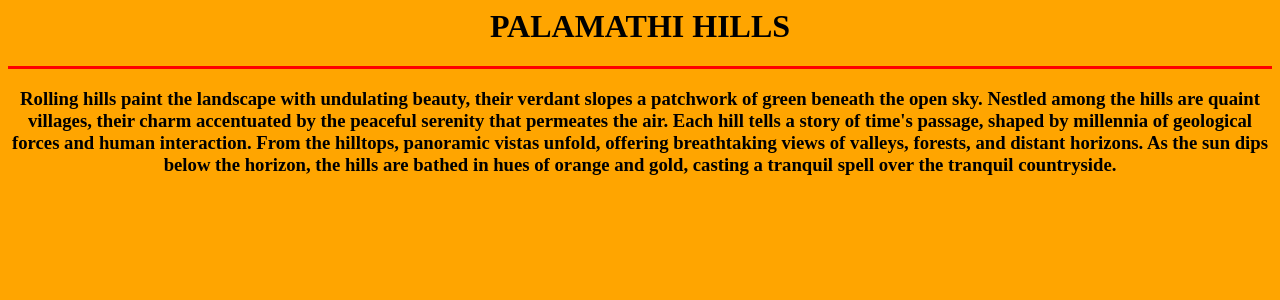
Repository: Oviya24032K6/NearMe
Page: ovi/surveyapp/static/PALAMATHI HILLS.html
An editor plug-in stored every save of this project. The page is shown before and after the next save, followed by the edit.
The browser window is 1280 px wide. The pictures show the whole page.

Above is the page before, as saved 2024-03-25 23:19:27.

### ovi/surveyapp/static/PALAMATHI HILLS.html
<html>
	<head>
		<title>
            PALAMATHI HILLS
        </title>
	</head>
	<body bgcolor="orange">
		<h1 align="center" >PALAMATHI HILLS</h1>
        <hr size="3" color="red">
        <h3 align="center">Rolling hills paint the landscape with undulating beauty, their verdant slopes a patchwork of green beneath the open sky.
            Nestled among the hills are quaint villages, their charm accentuated by the peaceful serenity that permeates the air.
            Each hill tells a story of time's passage, shaped by millennia of geological forces and human interaction.
            From the hilltops, panoramic vistas unfold, offering breathtaking views of valleys, forests, and distant horizons.
            As the sun dips below the horizon, the hills are bathed in hues of orange and gold, casting a tranquil spell over the tranquil countryside.






	</body>
</html>

After the next save:
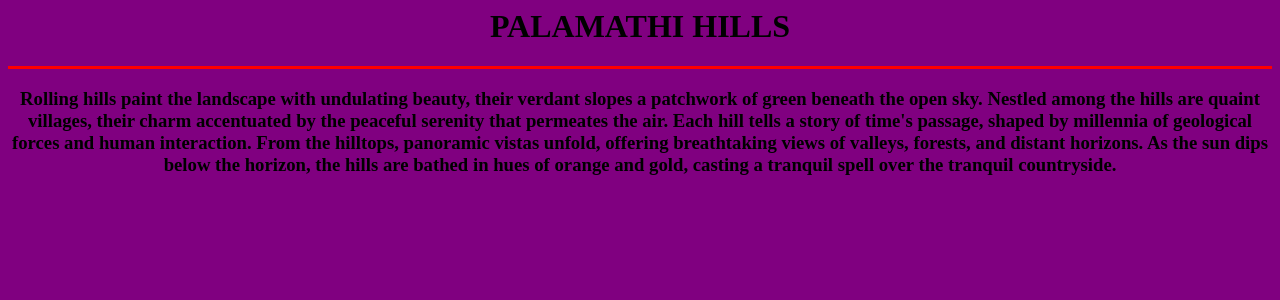
Saved 7 s later.
--- a/ovi/surveyapp/static/PALAMATHI HILLS.html
+++ b/ovi/surveyapp/static/PALAMATHI HILLS.html
@@ -4,7 +4,7 @@
             PALAMATHI HILLS
         </title>
 	</head>
-	<body bgcolor="orange">
+	<body bgcolor="purple">
 		<h1 align="center" >PALAMATHI HILLS</h1>
         <hr size="3" color="red">
         <h3 align="center">Rolling hills paint the landscape with undulating beauty, their verdant slopes a patchwork of green beneath the open sky.
